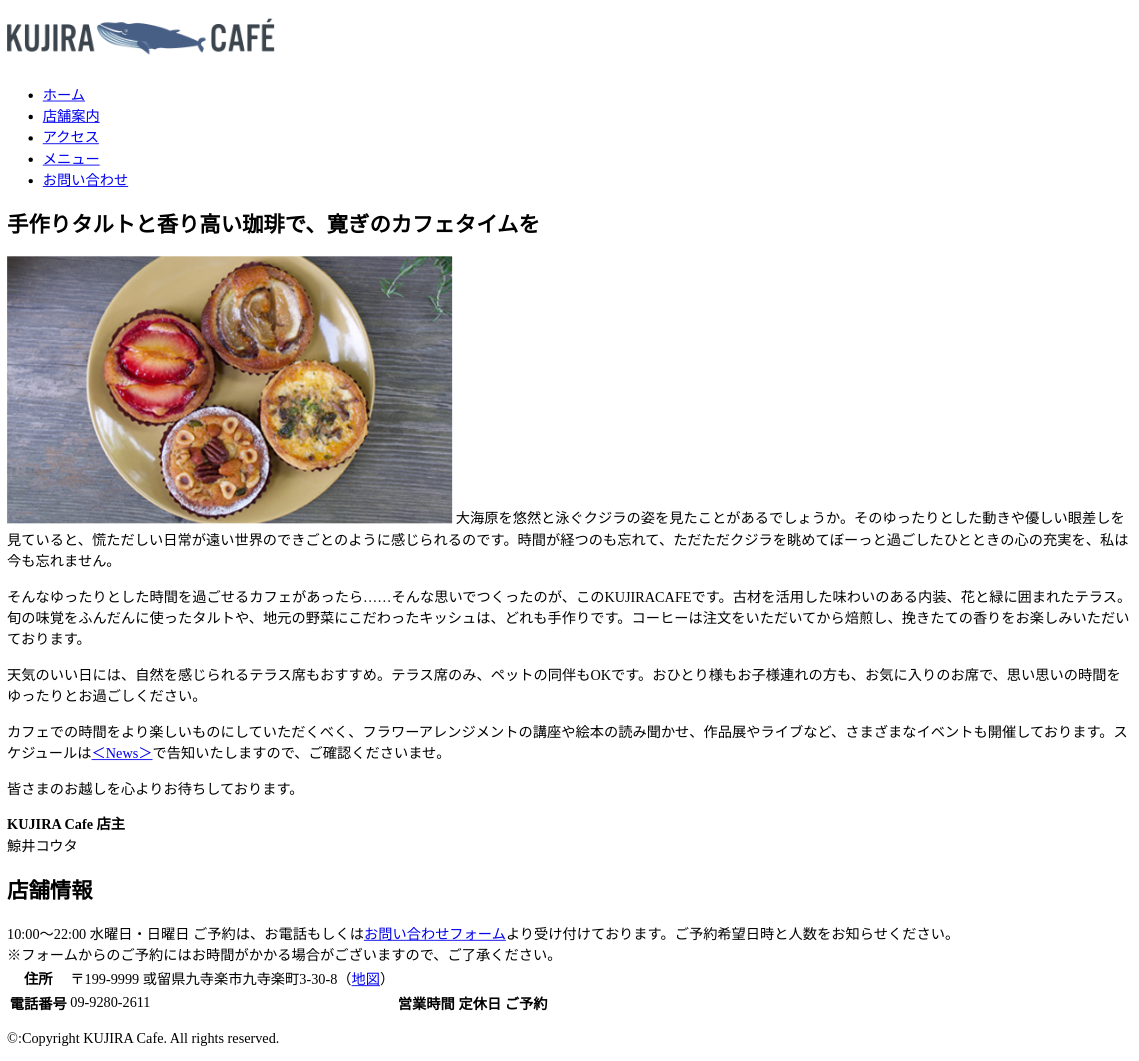
Repository: U-dias/work3
Page: cafe/about.html
The author's editor kept a record of every edit. The page is drawn from the files as they stood at one moment, then again after the next edit.
The browser window is 1280 px wide. The pictures show the whole page, at 89% of full size.

Above is the page before.

After the next edit:
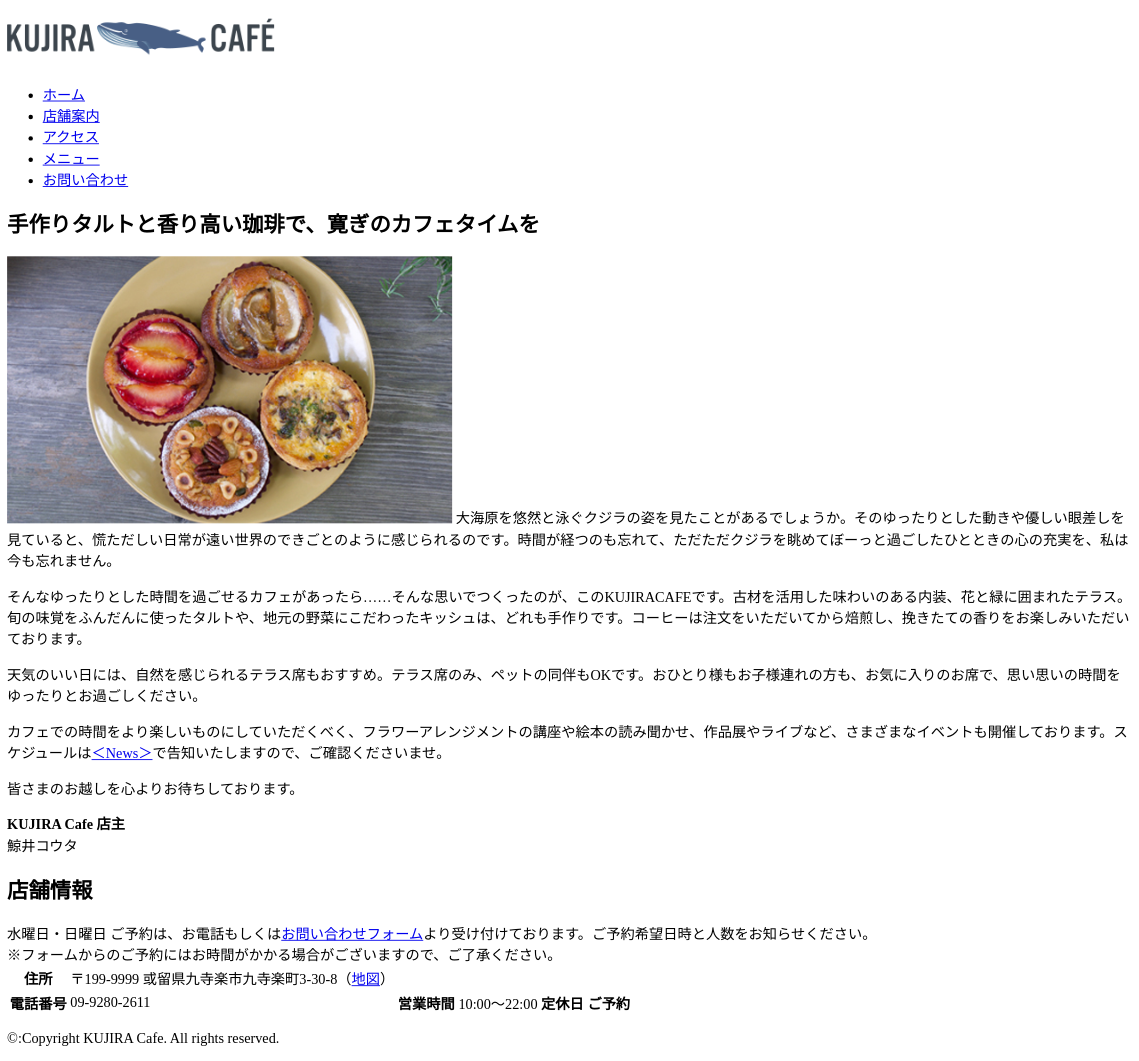
The edit:
--- a/cafe/about.html
+++ b/cafe/about.html
@@ -48,8 +48,8 @@
             <th>電話番号</th>
             <td>09-9280-2611</td>
 
-<th>営業時間</th>
-10:00～22:00
+            <th>営業時間</th>
+            <td>10:00～22:00</td>
 
 <th>定休日</th>
 水曜日・日曜日
